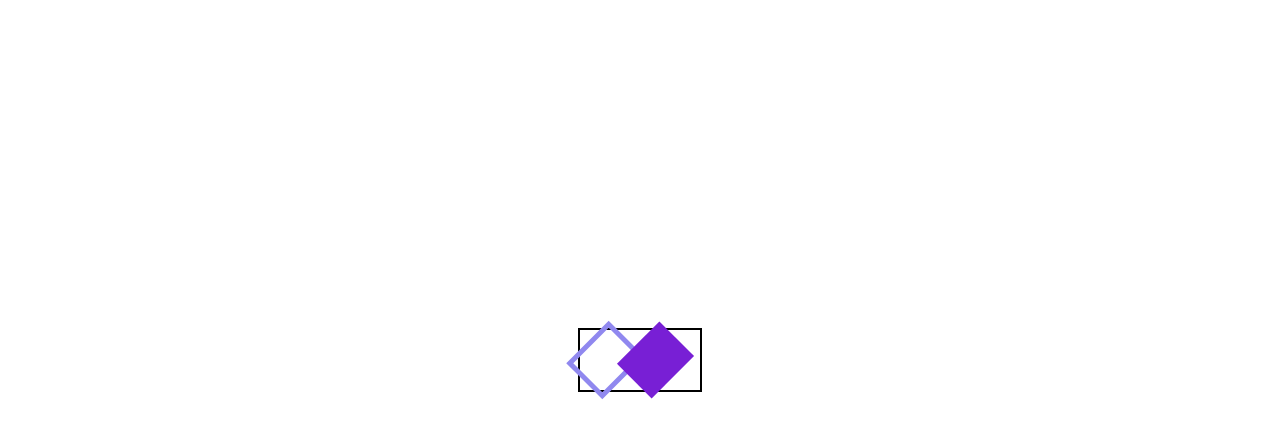
Repository: ornelasedward/whimsical_logo
Page: index.html
An editor plug-in stored every save of this project. The page is shown before and after the next save, followed by the edit.
The browser window is 1280 px wide. The pictures show the whole page.

Above is the page before, as saved 2023-04-21 08:42:39.

After the next save:
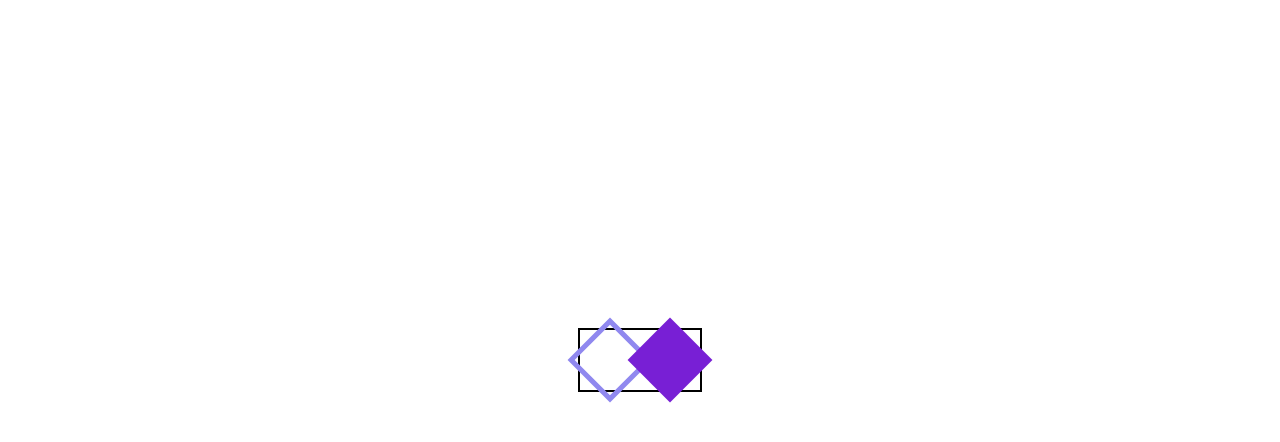
Saved 6 s later.
--- a/styles.css
+++ b/styles.css
@@ -13,8 +13,6 @@
 .logo {
   display: flex;
   border: 2px solid black;
-  padding-right: 20px;
-  max-width: 100px;
 }
 
 .diamond-shape {
